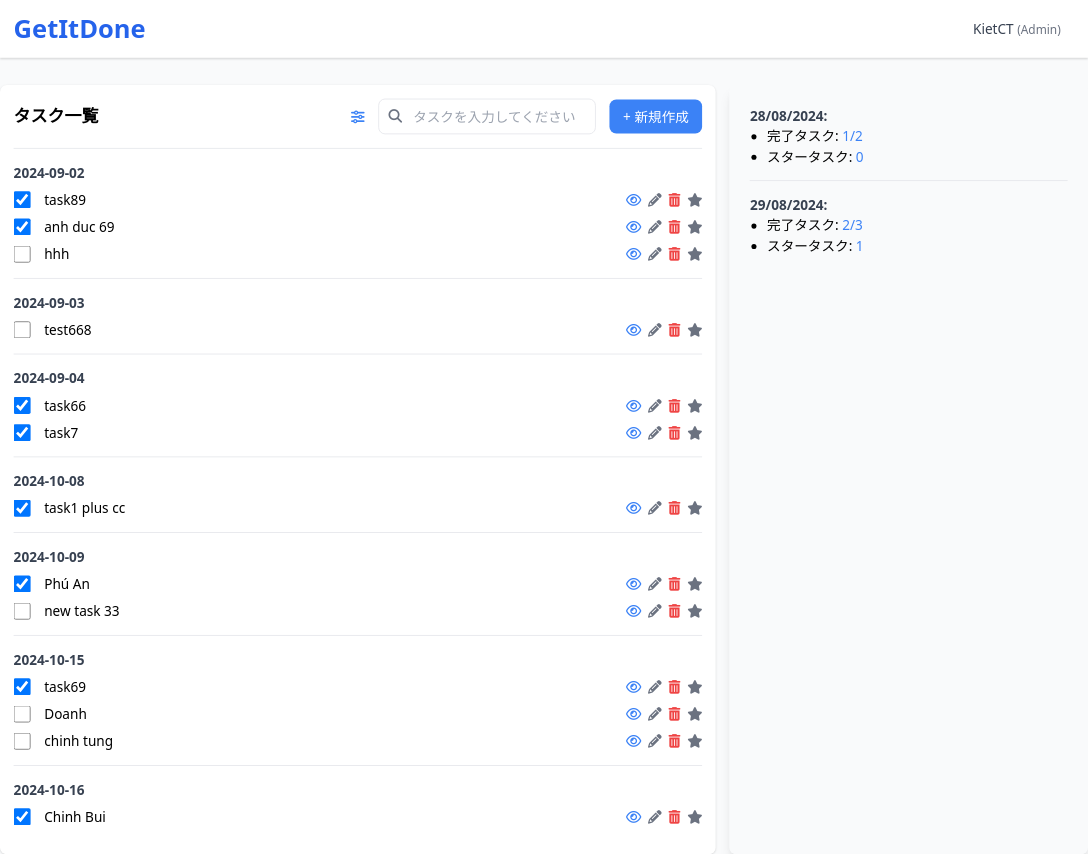
Repository: TuanAnhNguyen723/todolist
Page: http://localhost/mainscreen/mainscreen.php
These files come from the project's save history. The page is drawn as it stood at one moment and after the next save; the edit follows.
The browser window is 1280 px wide. The pictures show the whole page, at 85% of full size.
Some web libraries are served in a nearby version. The page is run by PHP 8.4 with error messages shown; the project is at /var/www/html/. The database holds what the project's SQL file puts in it.

Above is the page before, as saved 2024-09-26 18:01:09.

After the next save:
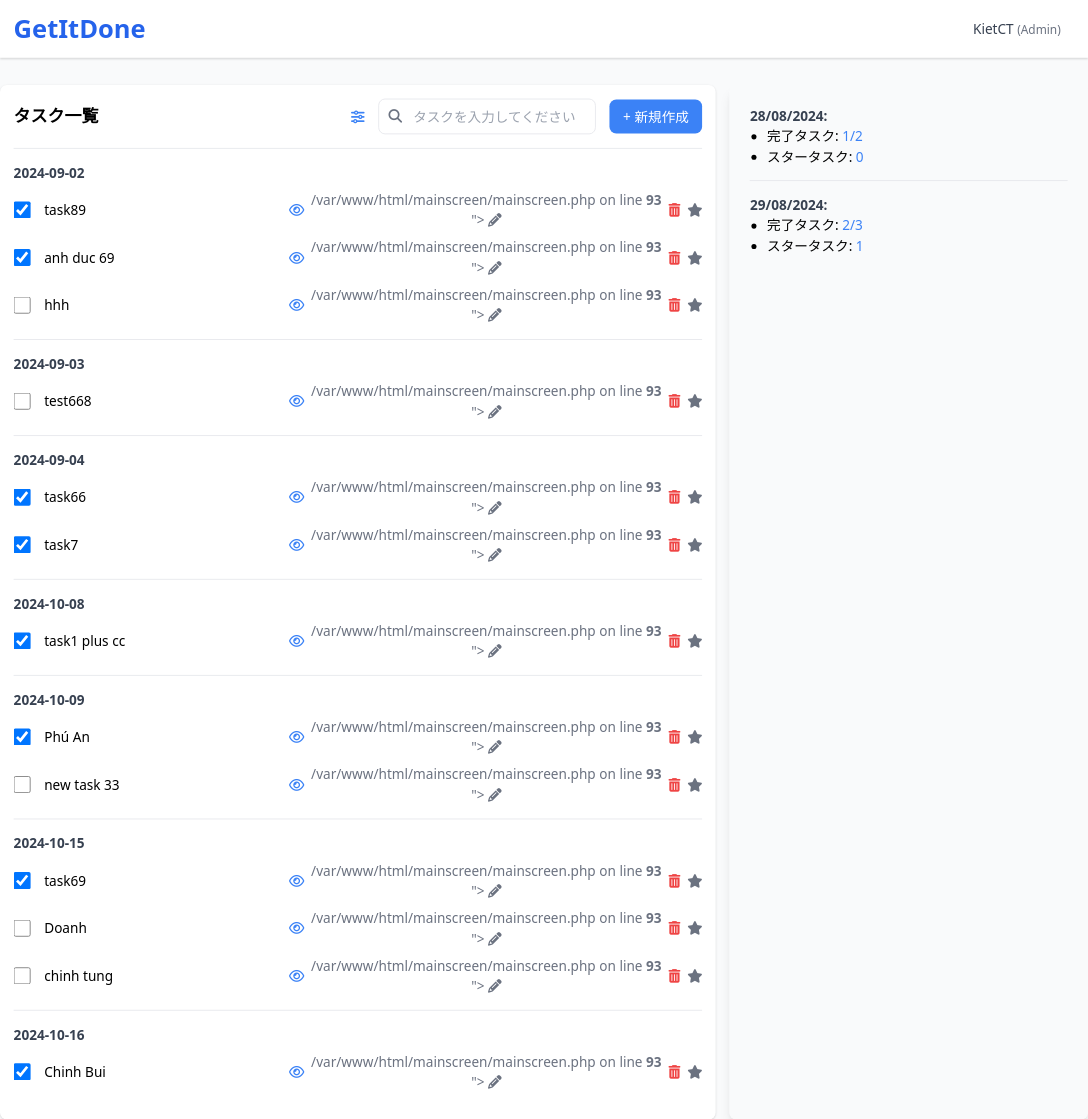
Saved 34 s later.
--- a/mainscreen/mainscreen.php
+++ b/mainscreen/mainscreen.php
@@ -90,7 +90,7 @@
                               <button class="text-blue-500 hover:text-blue-700">
                                   <i class="fa fa-eye"></i>
                               </button>
-                              <button class="text-gray-500 hover:text-gray-700" data-task-id="<?php echo $task['task_id']; ?>">
+                              <button class="text-gray-500 hover:text-gray-700" data-task-id="<?php echo $task['taskEditModal']; ?>">
                                   <i class="fa fa-pencil"></i>
                               </button>
                               <button class="text-red-500 hover:text-red-700">

After the save that followed:
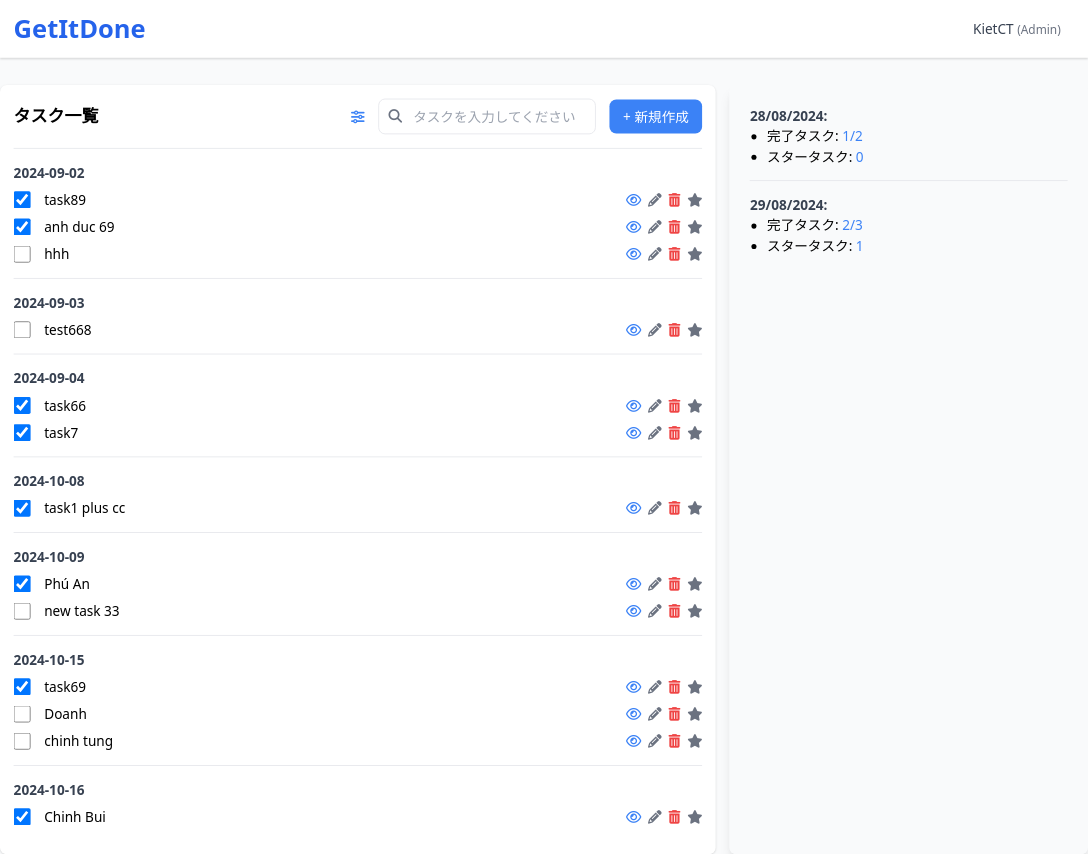
Saved 18 s later.
--- a/mainscreen/mainscreen.php
+++ b/mainscreen/mainscreen.php
@@ -90,7 +90,7 @@
                               <button class="text-blue-500 hover:text-blue-700">
                                   <i class="fa fa-eye"></i>
                               </button>
-                              <button class="text-gray-500 hover:text-gray-700" data-task-id="<?php echo $task['taskEditModal']; ?>">
+                              <button class="text-gray-500 hover:text-gray-700" data-task-id="<?php echo $task['task_id']; ?>">
                                   <i class="fa fa-pencil"></i>
                               </button>
                               <button class="text-red-500 hover:text-red-700">
